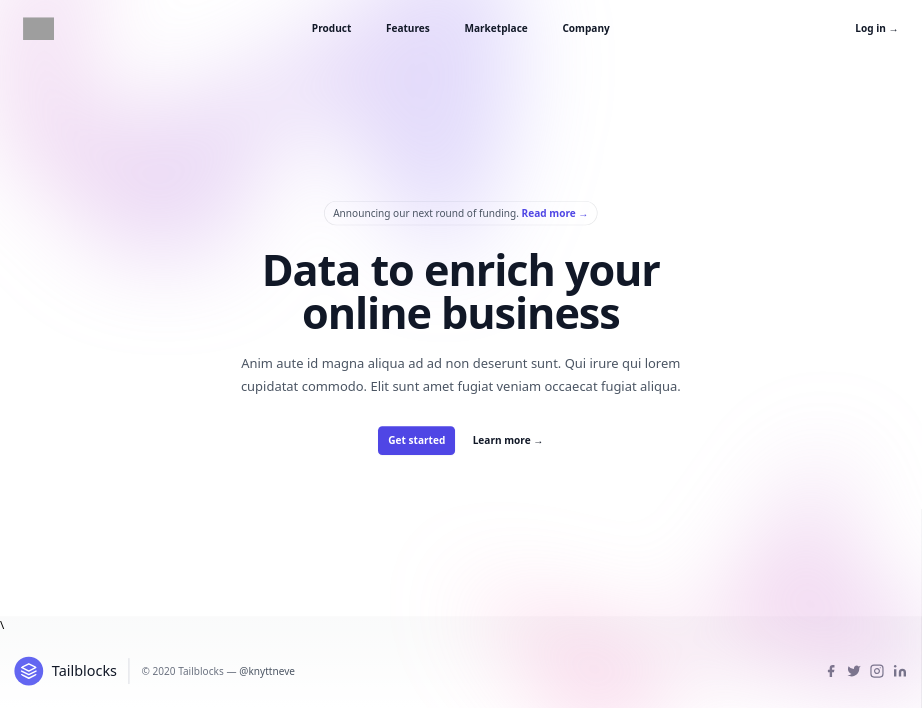
Repository: prashant523580/showcase
Page: /
These files come from the project's save history. The page is drawn as it stood at one moment and after the next save; the edit follows.
The browser window is 1280 px wide. The pictures show the whole page, at 72% of full size.
Pictures or frames that could not be fetched are drawn as grey boxes. An inner scrolling area shows only its first screen. The project was rebuilt for these pictures with package versions that can differ from the ones it lists, and the page was loaded fresh each time. The framework's server and built-in components were replaced by stand-ins that run in the browser. Also part of the build but not shown: next.config.js.

Above is the page before, as saved 2023-03-25 14:05:17.

### src/pages/_app.tsx
import Footer from '@/components/Footer'
import Navbar from '@/components/Navbar'
import '@/styles/globals.css'
import type { AppProps } from 'next/app'

export default function App({ Component, pageProps }: AppProps) {
  return(
<>
    <Navbar/>
    <Component {...pageProps} />
    <Footer/>
</>
    )
}

### src/pages/index.tsx
import Head from 'next/head'
import Image from 'next/image'
import { Inter } from 'next/font/google'
import styles from '@/styles/Home.module.css'

const inter = Inter({ subsets: ['latin'] })

export default function Home() {
  return (
    <>
      <Head>
        <title>Create Next App</title>
        <meta name="description" content="Generated by create next app" />
        <meta name="viewport" content="width=device-width, initial-scale=1" />
        <link rel="icon" href="/favicon.ico" />
      </Head>
     \
    </>
  )
}

### src/components/Footer.tsx
import React from 'react'

export default function Footer() {
  return (
    <footer className="text-gray-600 body-font">
  <div className="container px-5 py-8 mx-auto flex items-center sm:flex-row flex-col">
    <a className="flex title-font font-medium items-center md:justify-start justify-center text-gray-900">
      <svg xmlns="http://www.w3.org/2000/svg" fill="none" stroke="currentColor" stroke-linecap="round" stroke-linejoin="round" stroke-width="2" className="w-10 h-10 text-white p-2 bg-indigo-500 rounded-full" viewBox="0 0 24 24">
        <path d="M12 2L2 7l10 5 10-5-10-5zM2 17l10 5 10-5M2 12l10 5 10-5"></path>
      </svg>
      <span className="ml-3 text-xl">Tailblocks</span>
    </a>
    <p className="text-sm text-gray-500 sm:ml-4 sm:pl-4 sm:border-l-2 sm:border-gray-200 sm:py-2 sm:mt-0 mt-4">© 2020 Tailblocks —
      <a href="https://twitter.com/knyttneve" className="text-gray-600 ml-1" rel="noopener noreferrer" target="_blank">@knyttneve</a>
    </p>
    <span className="inline-flex sm:ml-auto sm:mt-0 mt-4 justify-center sm:justify-start">
      <a className="text-gray-500">
        <svg fill="currentColor" stroke-linecap="round" stroke-linejoin="round" stroke-width="2" className="w-5 h-5" viewBox="0 0 24 24">
          <path d="M18 2h-3a5 5 0 00-5 5v3H7v4h3v8h4v-8h3l1-4h-4V7a1 1 0 011-1h3z"></path>
        </svg>
      </a>
      <a className="ml-3 text-gray-500">
        <svg fill="currentColor" stroke-linecap="round" stroke-linejoin="round" stroke-width="2" className="w-5 h-5" viewBox="0 0 24 24">
          <path d="M23 3a10.9 10.9 0 01-3.14 1.53 4.48 4.48 0 00-7.86 3v1A10.66 10.66 0 013 4s-4 9 5 13a11.64 11.64 0 01-7 2c9 5 20 0 20-11.5a4.5 4.5 0 00-.08-.83A7.72 7.72 0 0023 3z"></path>
        </svg>
      </a>
      <a className="ml-3 text-gray-500">
        <svg fill="none" stroke="currentColor" stroke-linecap="round" stroke-linejoin="round" stroke-width="2" className="w-5 h-5" viewBox="0 0 24 24">
          <rect width="20" height="20" x="2" y="2" rx="5" ry="5"></rect>
          <path d="M16 11.37A4 4 0 1112.63 8 4 4 0 0116 11.37zm1.5-4.87h.01"></path>
        </svg>
      </a>
      <a className="ml-3 text-gray-500">
        <svg fill="currentColor" stroke="currentColor" stroke-linecap="round" stroke-linejoin="round" stroke-width="0" className="w-5 h-5" viewBox="0 0 24 24">
          <path stroke="none" d="M16 8a6 6 0 016 6v7h-4v-7a2 2 0 00-2-2 2 2 0 00-2 2v7h-4v-7a6 6 0 016-6zM2 9h4v12H2z"></path>
          <circle cx="4" cy="4" r="2" stroke="none"></circle>
        </svg>
      </a>
    </span>
  </div>
</footer>
  )
}

### src/components/Navbar.tsx
// import React from 'react'

// export default function Navbar() {
//   return (
//     <header className="text-gray-600 body-font">
//   <div className="container mx-auto flex flex-wrap p-5 flex-col md:flex-row items-center">
//     <nav className="flex lg:w-2/5 flex-wrap items-center text-base md:ml-auto">
//       <a className="mr-5 hover:text-gray-900">First Link</a>
//       <a className="mr-5 hover:text-gray-900">Second Link</a>
//       <a className="mr-5 hover:text-gray-900">Third Link</a>
//       <a className="hover:text-gray-900">Fourth Link</a>
//     </nav>
//     <a className="flex order-first lg:order-none lg:w-1/5 title-font font-medium items-center text-gray-900 lg:items-center lg:justify-center mb-4 md:mb-0">
//       <svg xmlns="http://www.w3.org/2000/svg" fill="none" stroke="currentColor" stroke-linecap="round" stroke-linejoin="round" stroke-width="2" className="w-10 h-10 text-white p-2 bg-indigo-500 rounded-full" viewBox="0 0 24 24">
//         <path d="M12 2L2 7l10 5 10-5-10-5zM2 17l10 5 10-5M2 12l10 5 10-5"></path>
//       </svg>
//       <span className="ml-3 text-xl">Tailblocks</span>
//     </a>
//     <div className="lg:w-2/5 inline-flex lg:justify-end ml-5 lg:ml-0">
//       <button className="inline-flex items-center bg-gray-100 border-0 py-1 px-3 focus:outline-none hover:bg-gray-200 rounded text-base mt-4 md:mt-0">Button
//         <svg fill="none" stroke="currentColor" stroke-linecap="round" stroke-linejoin="round" stroke-width="2" className="w-4 h-4 ml-1" viewBox="0 0 24 24">
//           <path d="M5 12h14M12 5l7 7-7 7"></path>
//         </svg>
//       </button>
//     </div>
//   </div>
// </header>
//   )
// }
import React, { useState } from 'react'
import { Dialog } from '@headlessui/react'
import { Bars3Icon, XMarkIcon } from '@heroicons/react/24/outline'

const navigation = [
  { name: 'Product', href: '#' },
  { name: 'Features', href: '#' },
  { name: 'Marketplace', href: '#' },
  { name: 'Company', href: '#' },
]

export default function Example() {
  const [mobileMenuOpen, setMobileMenuOpen] = useState(false)

  return (
    <div className="bg-white">
      <header className="absolute inset-x-0 top-0 z-50">
        <nav className="flex items-center justify-between p-6 lg:px-8" aria-label="Global">
          <div className="flex lg:flex-1">
            <a href="#" className="-m-1.5 p-1.5">
              <span className="sr-only">Your Company</span>
              <img
                className="h-8 w-auto"
                src="https://tailwindui.com/img/logos/mark.svg?color=indigo&shade=600"
                alt=""
              />
            </a>
          </div>
          <div className="flex lg:hidden">
            <button
              type="button"
              className="-m-2.5 inline-flex items-center justify-center rounded-md p-2.5 text-gray-700"
              onClick={() => setMobileMenuOpen(true)}
            >
              <span className="sr-only">Open main menu</span>
              <Bars3Icon className="h-6 w-6" aria-hidden="true" />
            </button>
          </div>
          <div className="hidden lg:flex lg:gap-x-12">
            {navigation.map((item) => (
              <a key={item.name} href={item.href} className="text-sm font-semibold leading-6 text-gray-900">
                {item.name}
              </a>
            ))}
          </div>
          <div className="hidden lg:flex lg:flex-1 lg:justify-end">
            <a href="#" className="text-sm font-semibold leading-6 text-gray-900">
              Log in <span aria-hidden="true">&rarr;</span>
            </a>
          </div>
        </nav>
        <Dialog as="div" className="lg:hidden" open={mobileMenuOpen} onClose={setMobileMenuOpen}>
          <div className="fixed inset-0 z-50" />
          <Dialog.Panel className="fixed inset-y-0 right-0 z-50 w-full overflow-y-auto bg-white px-6 py-6 sm:max-w-sm sm:ring-1 sm:ring-gray-900/10">
            <div className="flex items-center justify-between">
              <a href="#" className="-m-1.5 p-1.5">
                <span className="sr-only">Your Company</span>
                <img
                  className="h-8 w-auto"
                  src="https://tailwindui.com/img/logos/mark.svg?color=indigo&shade=600"
                  alt=""
                />
              </a>
              <button
                type="button"
                className="-m-2.5 rounded-md p-2.5 text-gray-700"
                onClick={() => setMobileMenuOpen(false)}
              >
                <span className="sr-only">Close menu</span>
                <XMarkIcon className="h-6 w-6" aria-hidden="true" />
              </button>
            </div>
            <div className="mt-6 flow-root">
              <div className="-my-6 divide-y divide-gray-500/10">
                <div className="space-y-2 py-6">
                  {navigation.map((item) => (
                    <a
                      key={item.name}
                      href={item.href}
                      className="-mx-3 block rounded-lg py-2 px-3 text-base font-semibold leading-7 text-gray-900 hover:bg-gray-50"
                    >
                      {item.name}
                    </a>
                  ))}
                </div>
                <div className="py-6">
                  <a
                    href="#"
                    className="-mx-3 block rounded-lg py-2.5 px-3 text-base font-semibold leading-7 text-gray-900 hover:bg-gray-50"
                  >
                    Log in
                  </a>
                </div>
              </div>
            </div>
          </Dialog.Panel>
        </Dialog>
      </header>

      <div className="relative isolate px-6 pt-14 lg:px-8">
        <div className="absolute inset-x-0 -top-40 -z-10 transform-gpu overflow-hidden blur-3xl sm:-top-80">
          <svg
            className="relative left-[calc(50%-11rem)] -z-10 h-[21.1875rem] max-w-none -translate-x-1/2 rotate-[30deg] sm:left-[calc(50%-30rem)] sm:h-[42.375rem]"
            viewBox="0 0 1155 678"
          >
            <path
              fill="url(#45de2b6b-92d5-4d68-a6a0-9b9b2abad533)"
              fillOpacity=".3"
              d="M317.219 518.975L203.852 678 0 438.341l317.219 80.634 204.172-286.402c1.307 132.337 45.083 346.658 209.733 145.248C936.936 126.058 882.053-94.234 1031.02 41.331c119.18 108.451 130.68 295.337 121.53 375.223L855 299l21.173 362.054-558.954-142.079z"
            />
            <defs>
              <linearGradient
                id="45de2b6b-92d5-4d68-a6a0-9b9b2abad533"
                x1="1155.49"
                x2="-78.208"
                y1=".177"
                y2="474.645"
                gradientUnits="userSpaceOnUse"
              >
                <stop stopColor="#9089FC" />
                <stop offset={1} stopColor="#FF80B5" />
              </linearGradient>
            </defs>
          </svg>
        </div>
        <div className="mx-auto max-w-2xl py-32 sm:py-48 lg:py-56">
          <div className="hidden sm:mb-8 sm:flex sm:justify-center">
            <div className="relative rounded-full py-1 px-3 text-sm leading-6 text-gray-600 ring-1 ring-gray-900/10 hover:ring-gray-900/20">
              Announcing our next round of funding.{' '}
              <a href="#" className="font-semibold text-indigo-600">
                <span className="absolute inset-0" aria-hidden="true" />
                Read more <span aria-hidden="true">&rarr;</span>
              </a>
            </div>
          </div>
          <div className="text-center">
            <h1 className="text-4xl font-bold tracking-tight text-gray-900 sm:text-6xl">
              Data to enrich your online business
            </h1>
            <p className="mt-6 text-lg leading-8 text-gray-600">
              Anim aute id magna aliqua ad ad non deserunt sunt. Qui irure qui lorem cupidatat commodo. Elit sunt amet
              fugiat veniam occaecat fugiat aliqua.
            </p>
            <div className="mt-10 flex items-center justify-center gap-x-6">
              <a
                href="#"
                className="rounded-md bg-indigo-600 px-3.5 py-2.5 text-sm font-semibold text-white shadow-sm hover:bg-indigo-500 focus-visible:outline focus-visible:outline-2 focus-visible:outline-offset-2 focus-visible:outline-indigo-600"
              >
                Get started
              </a>
              <a href="#" className="text-sm font-semibold leading-6 text-gray-900">
                Learn more <span aria-hidden="true">→</span>
              </a>
            </div>
          </div>
        </div>
        <div className="absolute inset-x-0 top-[calc(100%-13rem)] -z-10 transform-gpu overflow-hidden blur-3xl sm:top-[calc(100%-30rem)]">
          <svg
            className="relative left-[calc(50%+3rem)] h-[21.1875rem] max-w-none -translate-x-1/2 sm:left-[calc(50%+36rem)] sm:h-[42.375rem]"
            viewBox="0 0 1155 678"
          >
            <path
              fill="url(#ecb5b0c9-546c-4772-8c71-4d3f06d544bc)"
              fillOpacity=".3"
              d="M317.219 518.975L203.852 678 0 438.341l317.219 80.634 204.172-286.402c1.307 132.337 45.083 346.658 209.733 145.248C936.936 126.058 882.053-94.234 1031.02 41.331c119.18 108.451 130.68 295.337 121.53 375.223L855 299l21.173 362.054-558.954-142.079z"
            />
            <defs>
              <linearGradient
                id="ecb5b0c9-546c-4772-8c71-4d3f06d544bc"
                x1="1155.49"
                x2="-78.208"
                y1=".177"
                y2="474.645"
                gradientUnits="userSpaceOnUse"
              >
                <stop stopColor="#9089FC" />
                <stop offset={1} stopColor="#FF80B5" />
              </linearGradient>
            </defs>
          </svg>
        </div>
      </div>
    </div>
  )
}

Loaded but not shown: src/pages/_document.tsx (common file); src/styles/globals.css (common file); tailwind.config.js (common file)

After the next save:
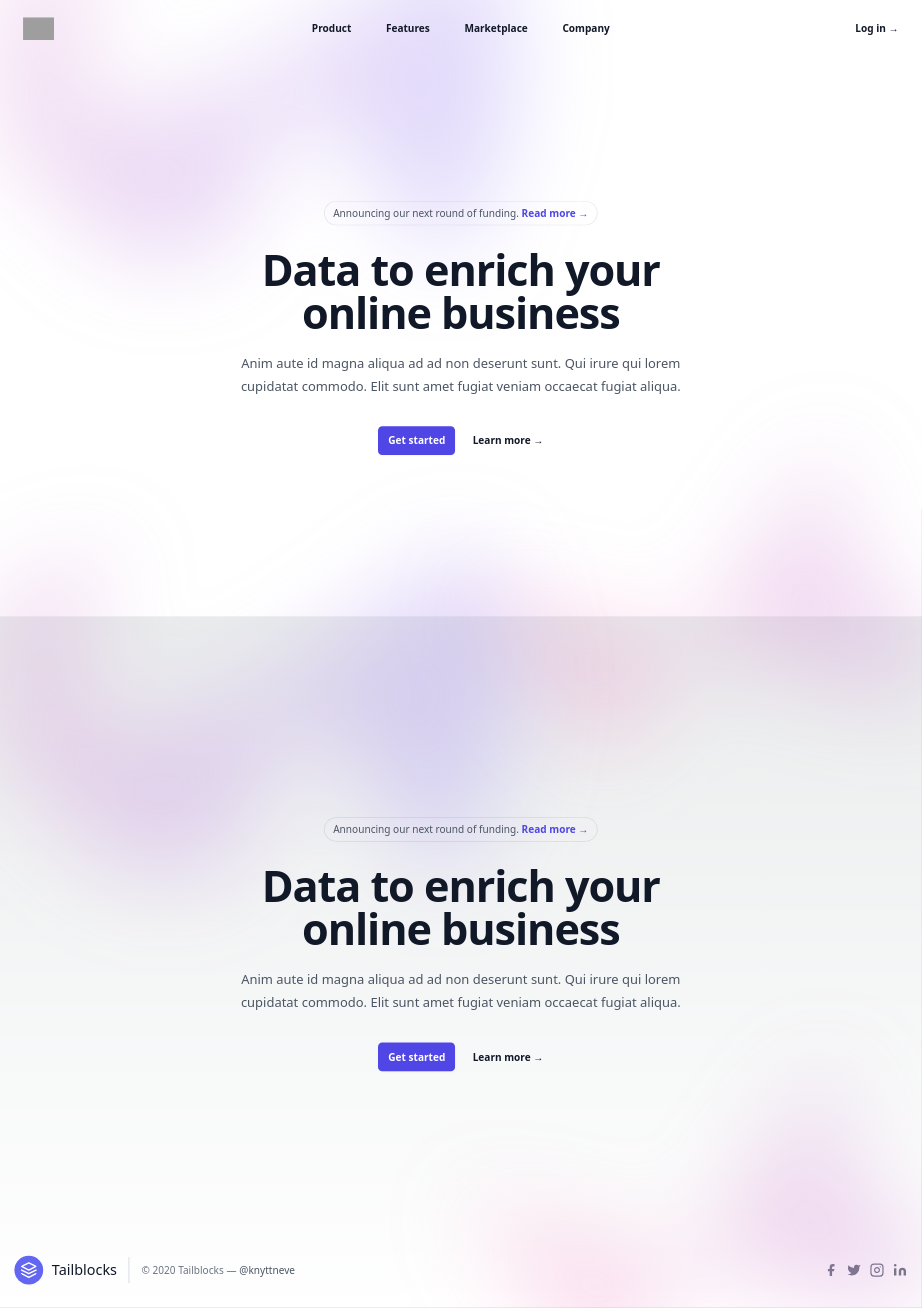
Saved 39 s later.
--- a/src/pages/index.tsx
+++ b/src/pages/index.tsx
@@ -14,7 +14,89 @@ export default function Home() {
         <meta name="viewport" content="width=device-width, initial-scale=1" />
         <link rel="icon" href="/favicon.ico" />
       </Head>
-     \
+      <div className="relative isolate px-6 pt-14 lg:px-8">
+        <div className="absolute inset-x-0 -top-40 -z-10 transform-gpu overflow-hidden blur-3xl sm:-top-80">
+          <svg
+            className="relative left-[calc(50%-11rem)] -z-10 h-[21.1875rem] max-w-none -translate-x-1/2 rotate-[30deg] sm:left-[calc(50%-30rem)] sm:h-[42.375rem]"
+            viewBox="0 0 1155 678"
+          >
+            <path
+              fill="url(#45de2b6b-92d5-4d68-a6a0-9b9b2abad533)"
+              fillOpacity=".3"
+              d="M317.219 518.975L203.852 678 0 438.341l317.219 80.634 204.172-286.402c1.307 132.337 45.083 346.658 209.733 145.248C936.936 126.058 882.053-94.234 1031.02 41.331c119.18 108.451 130.68 295.337 121.53 375.223L855 299l21.173 362.054-558.954-142.079z"
+            />
+            <defs>
+              <linearGradient
+                id="45de2b6b-92d5-4d68-a6a0-9b9b2abad533"
+                x1="1155.49"
+                x2="-78.208"
+                y1=".177"
+                y2="474.645"
+                gradientUnits="userSpaceOnUse"
+              >
+                <stop stopColor="#9089FC" />
+                <stop offset={1} stopColor="#FF80B5" />
+              </linearGradient>
+            </defs>
+          </svg>
+        </div>
+        <div className="mx-auto max-w-2xl py-32 sm:py-48 lg:py-56">
+          <div className="hidden sm:mb-8 sm:flex sm:justify-center">
+            <div className="relative rounded-full py-1 px-3 text-sm leading-6 text-gray-600 ring-1 ring-gray-900/10 hover:ring-gray-900/20">
+              Announcing our next round of funding.{' '}
+              <a href="#" className="font-semibold text-indigo-600">
+                <span className="absolute inset-0" aria-hidden="true" />
+                Read more <span aria-hidden="true">&rarr;</span>
+              </a>
+            </div>
+          </div>
+          <div className="text-center">
+            <h1 className="text-4xl font-bold tracking-tight text-gray-900 sm:text-6xl">
+              Data to enrich your online business
+            </h1>
+            <p className="mt-6 text-lg leading-8 text-gray-600">
+              Anim aute id magna aliqua ad ad non deserunt sunt. Qui irure qui lorem cupidatat commodo. Elit sunt amet
+              fugiat veniam occaecat fugiat aliqua.
+            </p>
+            <div className="mt-10 flex items-center justify-center gap-x-6">
+              <a
+                href="#"
+                className="rounded-md bg-indigo-600 px-3.5 py-2.5 text-sm font-semibold text-white shadow-sm hover:bg-indigo-500 focus-visible:outline focus-visible:outline-2 focus-visible:outline-offset-2 focus-visible:outline-indigo-600"
+              >
+                Get started
+              </a>
+              <a href="#" className="text-sm font-semibold leading-6 text-gray-900">
+                Learn more <span aria-hidden="true">→</span>
+              </a>
+            </div>
+          </div>
+        </div>
+        <div className="absolute inset-x-0 top-[calc(100%-13rem)] -z-10 transform-gpu overflow-hidden blur-3xl sm:top-[calc(100%-30rem)]">
+          <svg
+            className="relative left-[calc(50%+3rem)] h-[21.1875rem] max-w-none -translate-x-1/2 sm:left-[calc(50%+36rem)] sm:h-[42.375rem]"
+            viewBox="0 0 1155 678"
+          >
+            <path
+              fill="url(#ecb5b0c9-546c-4772-8c71-4d3f06d544bc)"
+              fillOpacity=".3"
+              d="M317.219 518.975L203.852 678 0 438.341l317.219 80.634 204.172-286.402c1.307 132.337 45.083 346.658 209.733 145.248C936.936 126.058 882.053-94.234 1031.02 41.331c119.18 108.451 130.68 295.337 121.53 375.223L855 299l21.173 362.054-558.954-142.079z"
+            />
+            <defs>
+              <linearGradient
+                id="ecb5b0c9-546c-4772-8c71-4d3f06d544bc"
+                x1="1155.49"
+                x2="-78.208"
+                y1=".177"
+                y2="474.645"
+                gradientUnits="userSpaceOnUse"
+              >
+                <stop stopColor="#9089FC" />
+                <stop offset={1} stopColor="#FF80B5" />
+              </linearGradient>
+            </defs>
+          </svg>
+        </div>
+      </div>
     </>
   )
 }
